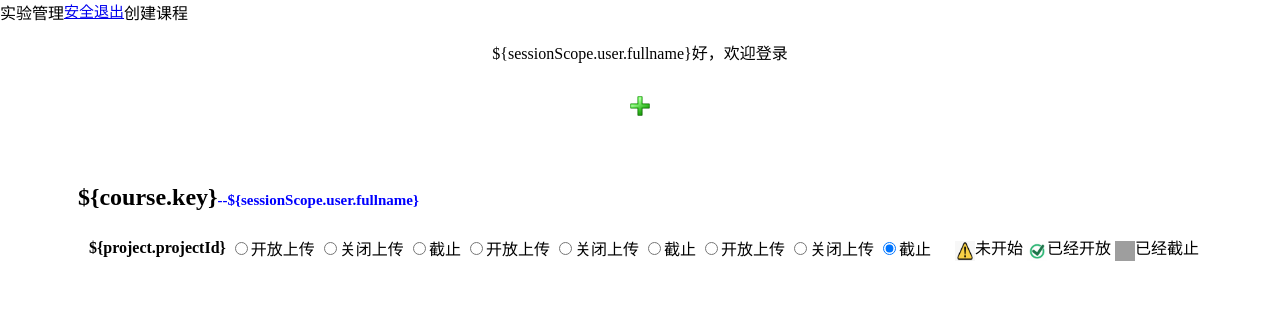
Repository: IAmJiangWenHao/ReportServer
Page: web/demo.html
The author's editor kept a copy of each file at every save. The page is drawn from the files as they stood at one save, then again after the next save.
The browser window is 1280 px wide. The pictures show the whole page.
Pictures or frames that could not be fetched are drawn as grey boxes.

Above is the page before, as saved 2023-05-19 17:56:41.
Console error: ReferenceError: requests is not defined

### web/demo.html
<!-- <%@page import="com.report.javabeans.ExpClass"%>
<%@page import="com.report.javabeans.Project"%>
<%@page import="com.report.javabeans.User"%>
<%@page import="java.util.ArrayList"%>
<%@page import="java.io.File"%>
<%@page import="java.util.List"%>
<%@page import="java.net.URLEncoder"%>
<%@page import="java.util.Map"%>
<%@page isELIgnored="false"%>
<%@page contentType= "text/html; charset=UTF-8" pageEncoding="UTF-8"%>

<%@ taglib uri="http://java.sun.com/jsp/jstl/core" prefix="c" %>
<%@ taglib uri="/tlds/reporttag_library" prefix="mytag" %> -->
<!--script type="text/javascript" src="${pageContext.request.contextPath}/script/scriptV1.js?v=1.0"></script-->
<!DOCTYPE html>
<html>
  <!-- <%
    response.setHeader("Pragma", "no-cache");
    response.addHeader("Cache-Control", "must-revalidate");
    response.addHeader("Cache-Control", "no-cache");
    response.addHeader("Cache-Control", "no-store");
    response.setDateHeader("Expires", 0);
  %> -->
  <head>
    <meta http-equiv="Content-Type" content="text/html; charset=UTF-8">
    <title>实验上传系统 </title>

  </head>

  <body style="margin: 0;">
    <!-- ${mytag:LoadCourseProject(pageContext.request,pageContext.response)} -->
    <script>

      window.onload = function () {//Ajax实现更新项目状态
        var ratios = document.getElementsByTagName("input");//获取所有input（本页面的input只有单选按钮）
        var map = new Map();//记录单选按钮旧值
        for (var i = 0; i < ratios.length; i++) {
          map.set((i + 1).toString(), ratios[i].checked);
          //oninput事件在input的值发生改变时触发，这里监听单选按钮值得改变
          ratios[i].oninput = function () {
            var r = false;
            if (this.value === "deadline") {//是否选择截止
              //是否确认修改
              r = confirm("截止后不可再设置，确定截止？");
            }
            //取消截止
            if (this.value === "deadline" && r === false) {
              var list = document.getElementsByName(this.name);
              for (var j = 0; j < list.length; j++)
                list[j].checked = map.get(list[j].id);
              return;
            }
            ratioName = this.name;
            //确定截止，不允许再更改状态
            if (this.value === "deadline") {
              var list = document.getElementsByName(this.name);
              for (var j = 0; j < list.length; j++)
              {
                list[j].disabled = "disable";
                map.set(list[j].id, list[j].checked);
              }
            } else {
              var list = document.getElementsByName(this.name);
              for (var j = 0; j < list.length; j++)
                map.set(list[j].id, false);
              map.set(this.id, this.checked);
            }
            var formData = new FormData();//FormData 对象
            var course = ratioName.substr(0, ratioName.indexOf("-"));
            var project = ratioName.substr(ratioName.indexOf("-") + 1, ratioName.length - 1);
            //添加KV
            formData.append("project", project);//项目
            formData.append("course", course); //课程名
            formData.append("status", this.value);//状态
            var cell = document.getElementById(this.name);
            //显示实验项目状态提示信息
            cell.innerHTML = "&nbsp;&nbsp;&nbsp;&nbsp;&nbsp;";
            if (this.value === "open")
              cell.innerHTML += "<img style=\"vertical-align: middle;height:20px;width:20px\" src=\"./img/check.jpg\"/>已经开放";
            if (this.value === "close")
              cell.innerHTML += "<img style=\"vertical-align: middle;height:20px;width:20px\" src=\"./img/undone.png\"/>未开始";
            if (this.value === "deadline")
              cell.innerHTML += "<img style=\"vertical-align: middle;height:20px;width:20px\" src=\"./img/deadline.jpg\"/>已截止";
            //1.创建请求对象
            const xhr = new XMLHttpRequest();
            //2.设置请求行，这里用post(get请求数据写在url后面)
            //updateProject.do实现后端更新
            xhr.open("post", getAppPath() + "/updateProject.do");
            //3.设置请求头(get请求可以省略,post不发送数据也可以省略)
            //xhr.setRequestHeader("Content-type","application/x-www-form-urlencoded");
            // 用formData可以不写请求头，写了无法正常上传文件
            //4.请求主体发送(get请求为空，或者写null，post请求数据写在这里，
            //如果没有数据，直接为空或者写null)
            xhr.send(formData);
            //注册回调函数
            xhr.onload = function ()
            {
              if (xhr.readyState === 4)
              {
                if (xhr.status >= 200 && xhr.status <= 300)
                { //判断响应码 2XX 表示成功
                  console.log(xhr.response.toString());
                } else
                  console.log("响应码：" + xhr.status); //状态码
              } else
                console.log(xhr.readyState);
              ;
            };
          };
        }
        ;
      };
    </script>
    <script>
      function getAppPath() {
        //获取当前URL
        var curURL = window.document.location.href;
        //获取主机地址之后的路径部分（就是文件地址）
        var pathName = window.document.location.pathname;
        var pos = curURL.indexOf(pathName);
        //获取应用地址
        var host = curURL.substring(0, pos);
        //获取带"/"的应用名，如：/***
        var webAppName = pathName.substring(0, pathName.substr(1).indexOf('/') + 1);
        return host + webAppName;
      }
    </script>
    <script>
        session = requests.session ()
      var isIE = /msie/i.test(navigator.userAgent) && !window.opera;
      function fileChange(target, type) {
        var fileSize = 0;
        var filepath = target.value;
        var filemaxsize = 1024 * 5;//5M
        var flag = -1;
        if (filepath) {
          var fileend = filepath.substring(filepath.lastIndexOf("."));
          // alert(fileend);
          if (type && type.length > 0) {
            //alert(fileend.indexOf(type));
            if (fileend !== ".xlsx") {
              alert("只接受xlsx类型的文件！");
              target.value = "";
              return false;
            }
          }
        } else {
          return false;
        }
        if (isIE && !target.files) {
          var filePath = target.value;
          var fileSystem = new ActiveXObject("Scripting.FileSystemObject");
          if (!fileSystem.FileExists(filePath)) {
            alert("附件不存在，请重新输入！");
            return false;
          }
          var file = fileSystem.GetFile(filePath);
          fileSize = file.Size;
        } else {
          fileSize = target.files[0].size;
        }

        var size = fileSize / 1024;
        if (size > filemaxsize) {
          alert("附件大小不能大于" + filemaxsize / 1024 + "M！");
          target.value = "";
          return false;
        }
        if (size <= 0) {
          alert("附件大小不能为0M！");
          target.value = "";
          return false;
        }
      }
      function Check()
      {
        for (var i = 0; i < document.form1.elements.length - 1; i++)
        {
          if (document.form1.elements[i].value === "")
          {
            alert("不可空！");
            document.form1.elements[i].focus();
            return false;
          }
        }
        return true;
      }
      function cls() {
        var createCell = document.getElementById("createCourse");
        createCell.innerHTML = "";
      }

      function createCourse() {
        var createCell = document.getElementById("createCourse");
        createCell.innerHTML = "<form action=\"../uploadCourseServlet\" enctype=\"multipart/form-data\" method=\"post\" name=\"form1\" onSubmit=\"return Check()\"><table></tr><tr> <td>建课模板：</td><td><a href=\"实验课模板.xlsx\">下载</a></td></tr><tr><td>课程名：</td><td><input style=\" font-size:16px\" type=\"text\" name=\"courseName\" size=\"20\"/>(例：程序设计实验)</td></tr><tr><td>班级：</td><td><input style=\" font-size:16px\" type=\"text\" name=\"className\" size=\"20\"/>(例:信安201)</td></tr><tr> <td>文件：</td><td><input style=\" font-size:16px\" type=\"file\" name=\"file\" size=\"40\" id=\"fup\" onchange=\'fileChange(this,\".xlsx\");\'/></td><tr><td style=\"height:50px;\" align=\"right\" ><input style=\" font-size:16px\" type=\"submit\" value=\"提交\" size='30'/> </td><td align=\"left\"><input style=\" font-size:16px\" type=\"button\" value=\"关闭\" size='30' onclick=\"cls()\"/> </td></tr></table></form>";
      };
              backremove = function(){
           console.log(hhhhh);
       };
    </script>
    <div >
      <div style="display:flex"><div color="black"> 实验管理</div>
        <div style="font-size:15px;"><a href="exit.jsp">安全退出</a></div>
        <div onclick="createCourse()">创建课程</div>
      </div>
<div style="display: flex;flex-direction:column;align-items:center">
  <p>${sessionScope.user.fullname}好，欢迎登录</p>
  <p>
    <img style="vertical-align: middle;height:20px" alt="" width="20" src="./img/new.jpg"/>

  <div id="createCourse">

  </div>
</p>



    <c:forEach var="course" items="${sessionScope.courseData}" varStatus="statusCourse">
      <h2> ${course.key}<font style="font-size:15px;color:blue">--${sessionScope.user.fullname}</font></h2><p>
      <table>
        <c:forEach var="project" items="${course.value}" varStatus="statusProject">
          <tr style=" height: 30px;border: 1px">
            <td>&nbsp;&nbsp;<b>${project.projectId}</b></td>
            <td><!-- 3.一组单选按钮 radio（同name），只能选一个
                     request.getParameter("***")-->
              <c:if test="${project.state==0}">
                <input type="radio" id="${"course".concat(statusCourse.count).concat(statusProject.count).concat(1)}"  name="${course.key.concat("-").concat(project.projectId)}" value="open">开放上传
                <input type="radio" id="${"course".concat(statusCourse.count).concat(statusProject.count).concat(1)}"  name="${course.key.concat("-").concat(project.projectId)}" value="close" checked="true">关闭上传
                <input type="radio" id="${"course".concat(statusCourse.count).concat(statusProject.count).concat(1)}"  name="${course.key.concat("-").concat(project.projectId)}" value="deadline">截止
              </c:if>
              <c:if test="${project.state==1}">
                <input type="radio" id="${"course".concat(statusCourse.count).concat(statusProject.count).concat(1)}"  name="${course.key.concat("-").concat(project.projectId)}" value="open" checked="true">开放上传
                <input type="radio" id="${"course".concat(statusCourse.count).concat(statusProject.count).concat(1)}"  name="${course.key.concat("-").concat(project.projectId)}" value="close" >关闭上传
                <input type="radio" id="${"course".concat(statusCourse.count).concat(statusProject.count).concat(1)}"  name="${course.key.concat("-").concat(project.projectId)}" value="deadline">截止
              </c:if>
              <c:if test="${project.state==2}">
                <input type="radio" id="${"course".concat(statusCourse.count).concat(statusProject.count).concat(1)}"  name="${course.key.concat("-").concat(project.projectId)}" value="open">开放上传
                <input type="radio" id="${"course".concat(statusCourse.count).concat(statusProject.count).concat(1)}"  name="${course.key.concat("-").concat(project.projectId)}" value="close" >关闭上传
                <input type="radio" id="${"course".concat(statusCourse.count).concat(statusProject.count).concat(1)}"  name="${course.key.concat("-").concat(project.projectId)}" value="deadline" checked="true">截止
              </c:if>
            </td>
            <td id="${course.key.concat("-").concat(project.projectId)}">&nbsp;&nbsp;&nbsp;&nbsp;
              <c:if test="${project.state==0}" >
                <img style="vertical-align: middle;height:20px;width:20px" alt="" src="../img/undone.png"/>未开始
              </c:if>
              <c:if test="${project.state==1}" >
                <img style="vertical-align: middle;height:20px;width:20px" alt="" src="../img/check.jpg"/>已经开放
              </c:if>
              <c:if test="${project.state==2}" >
                <img style="vertical-align: middle;height:20px;width:20px" alt="" src="../img/deadline.png"/>已经截止
              </c:if>
            </td>
          </tr>
        </c:forEach>
      </table>
    </c:forEach>
  </div>
  </div>
</body>
</html>

After the next save:
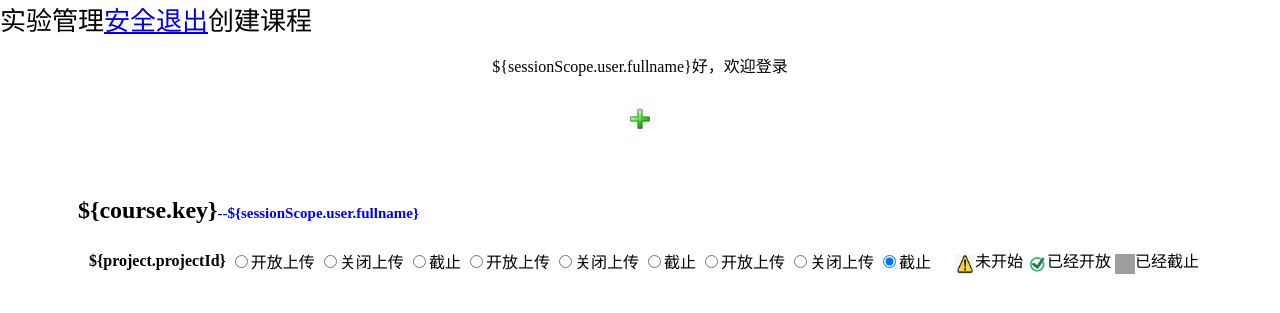
Saved 86 s later.
--- a/web/demo.html
+++ b/web/demo.html
@@ -199,8 +199,8 @@
        };
     </script>
     <div >
-      <div style="display:flex"><div color="black"> 实验管理</div>
-        <div style="font-size:15px;"><a href="exit.jsp">安全退出</a></div>
+      <div style="display:flex;font-size: 26px;"><div color="black"> 实验管理</div>
+        <div ><a href="exit.jsp">安全退出</a></div>
         <div onclick="createCourse()">创建课程</div>
       </div>
 <div style="display: flex;flex-direction:column;align-items:center">
